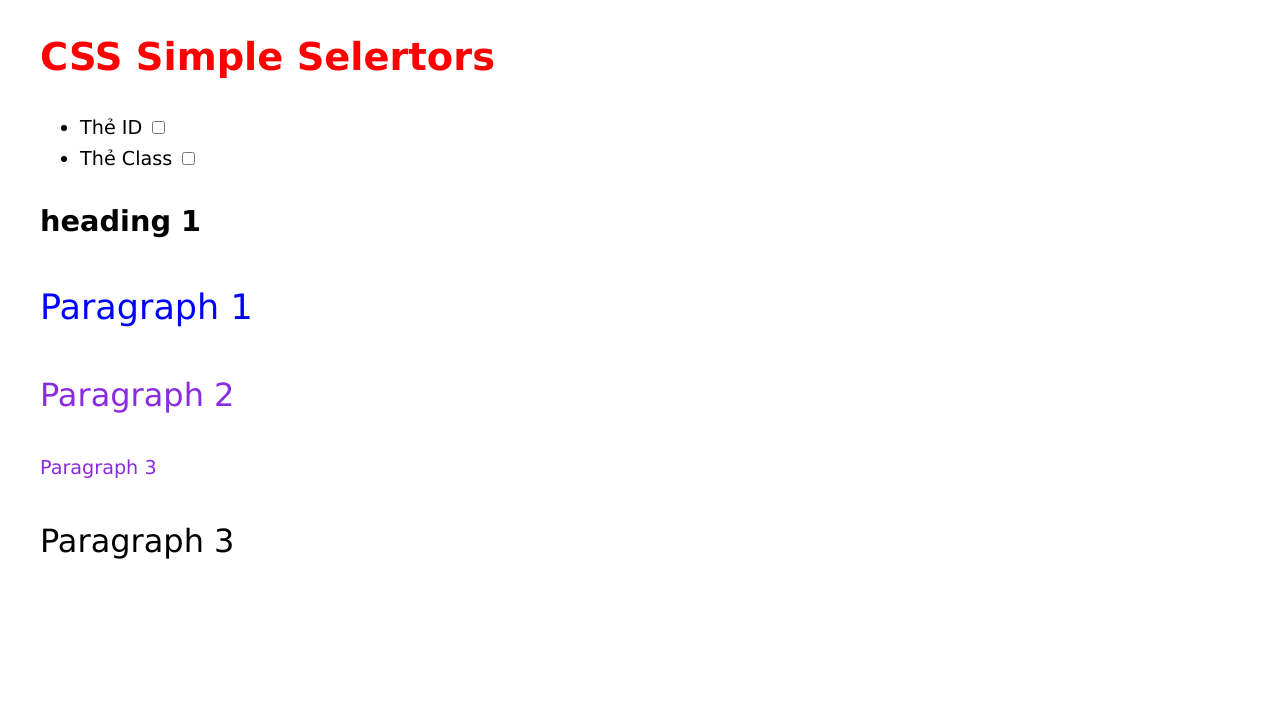
Repository: phanvu0103/HTML-CSS
Page: CSS_24_CSS-Selertors-là_gì/03_ID-và-Class/index.html
The author's editor kept a copy of each file at every save. The page is drawn from the files as they stood at one save, then again after the next save.
The browser window is 1280 px wide. The pictures show the whole page.

Above is the page before, as saved 2022-10-19 11:00:28.

After the next save:
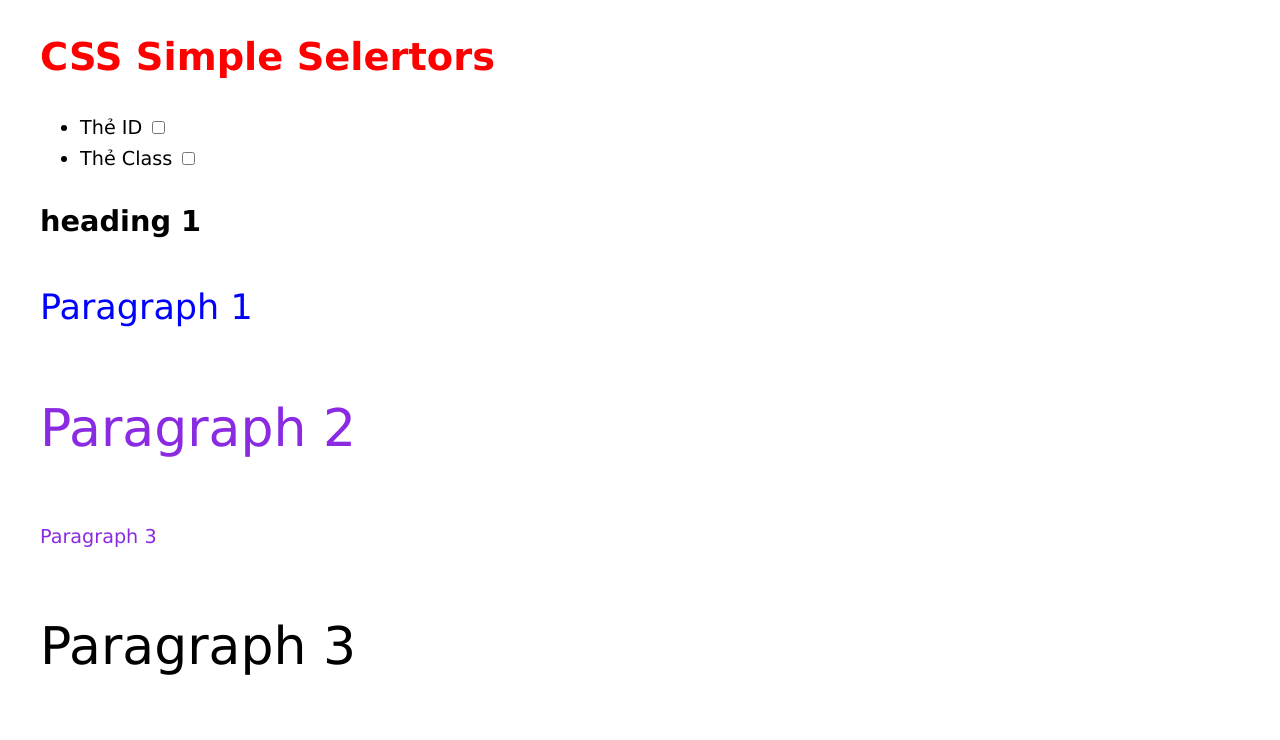
Saved 85 s later.
--- a/CSS_24_CSS-Selertors-là_gì/03_ID-và-Class/style.css
+++ b/CSS_24_CSS-Selertors-là_gì/03_ID-và-Class/style.css
@@ -16,7 +16,7 @@ h1 {
   color: red;
 }
 .large {
-  font-size: 32px;
+  font-size: 52px;
 }
 .color-red {
   color: blueviolet;
